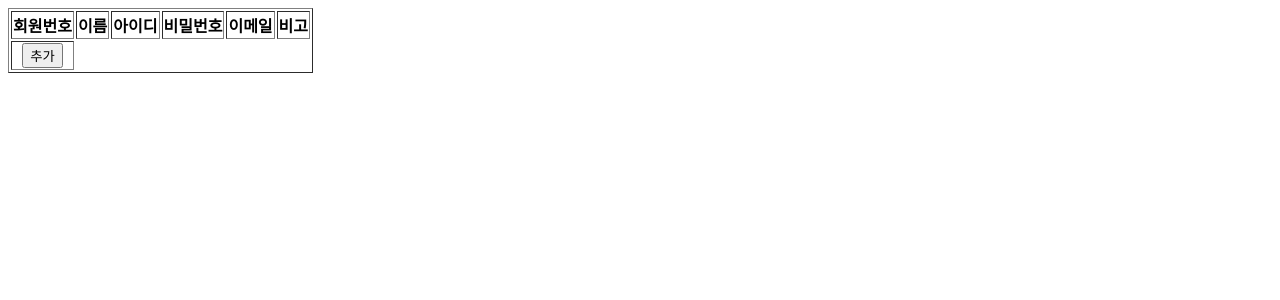
Repository: Heo-sh/Web_Development
Page: http://localhost/Ex_0418_Member/member.jsp
These files come from the project's save history. The page is drawn as it stood at one moment and after the next save; the edit follows.
The browser window is 1280 px wide. The pictures show the whole page.
The page is served by Tomcat 9. Queries for data that is not in the repository find no rows.

Above is the page before, as saved 2023-04-18 07:20:51.

After the next save:
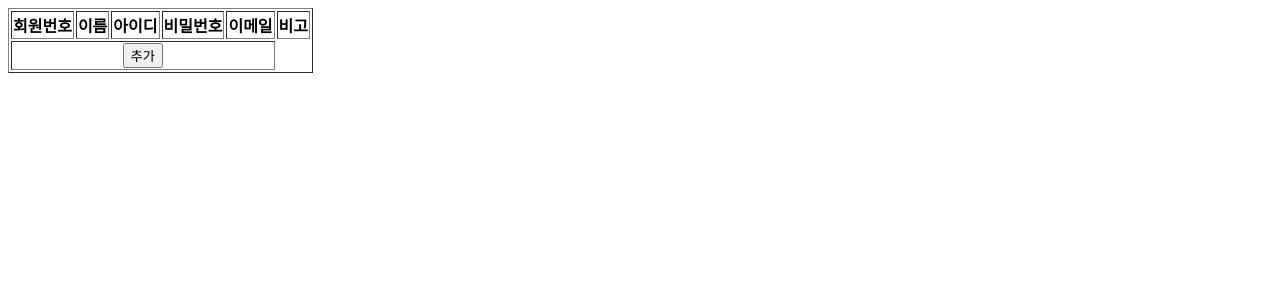
Saved 26 s later.
--- a/Ex_0418_Member/WebContent/member.jsp
+++ b/Ex_0418_Member/WebContent/member.jsp
@@ -40,8 +40,8 @@
 				</td>
 			</tr>
 			<%} %>
-			<tr colspan="5" align="center">
-				<td>
+			<tr>
+				<td colspan="5" align="center">
 					<input
 						type="button"
 						value="추가"
